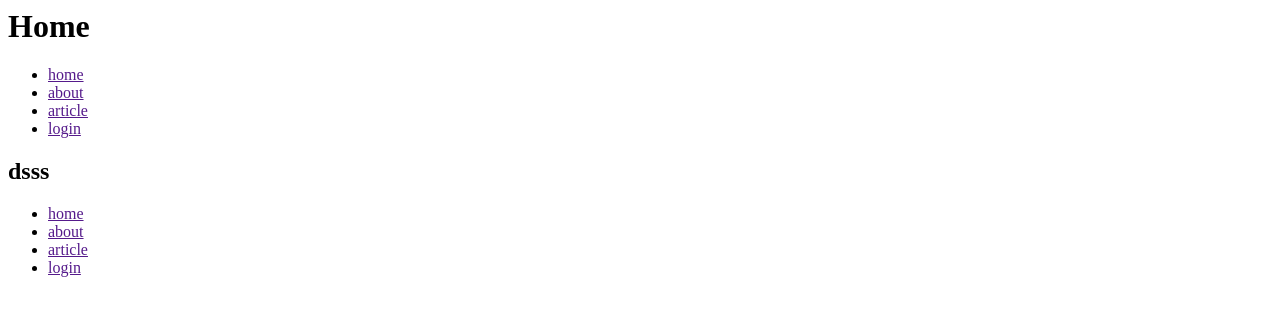
Repository: syawal2kalii/parsinta_clone_model
Page: http://localhost/home
The author's editor kept a copy of each file at every save. The page is drawn from the files as they stood at one save, then again after the next save.
The browser window is 1280 px wide. The pictures show the whole page.
The page is served by the project's Laravel application, run on PHP 8.4 with Laravel 8.

Above is the page before, as saved 2019-12-26 14:22:43.

After the next save:
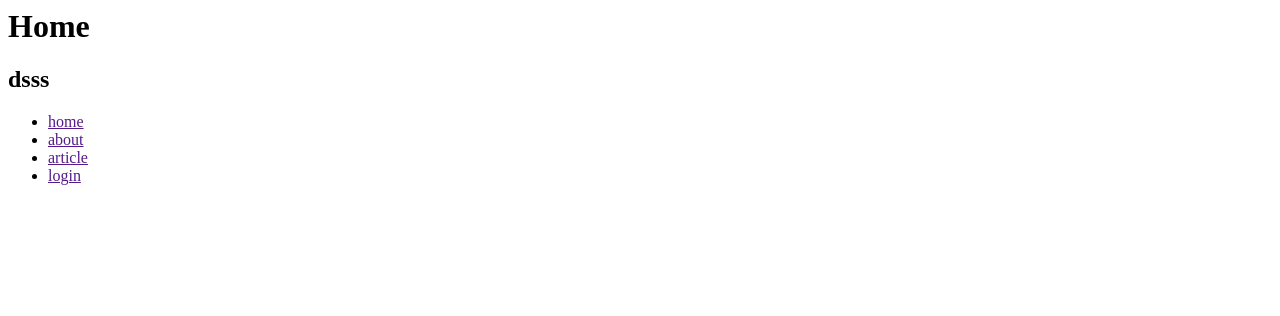
Saved 61 s later.
--- a/resources/views/home.blade.php
+++ b/resources/views/home.blade.php
@@ -2,5 +2,4 @@
 
 
     <h1>Home</h1>
-    @include('layout.navigation')
     <h2>dsss</h2>
